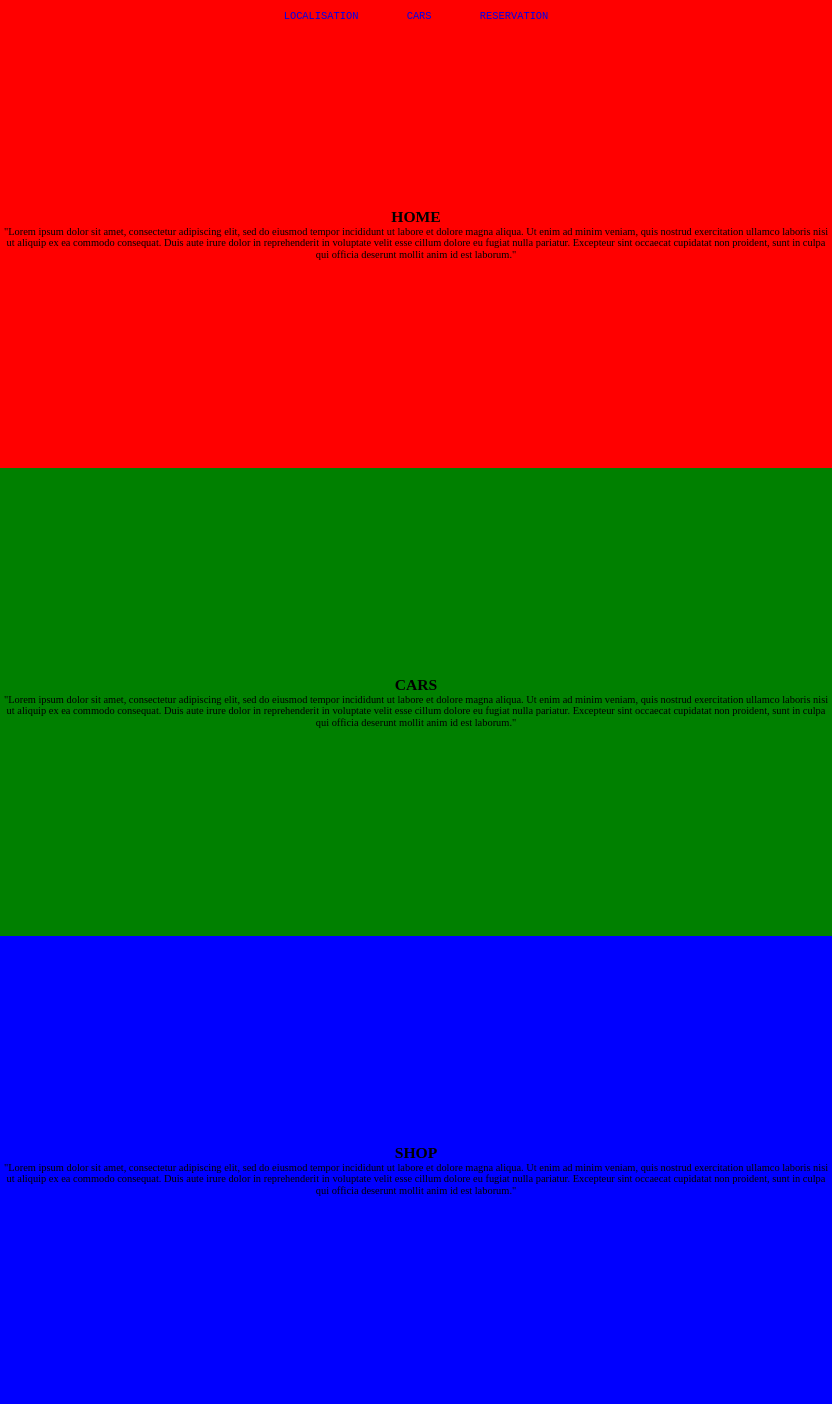
Repository: romgrm/jenaipasdevoiture
Page: src/main/java/fr/romgrm/index.html
The author's editor kept a copy of each file at every save. The page is drawn from the files as they stood at one save, then again after the next save.
The browser window is 1280 px wide. The pictures show the whole page, at 65% of full size.

Above is the page before, as saved 2020-10-15 18:49:41.

After the next save:
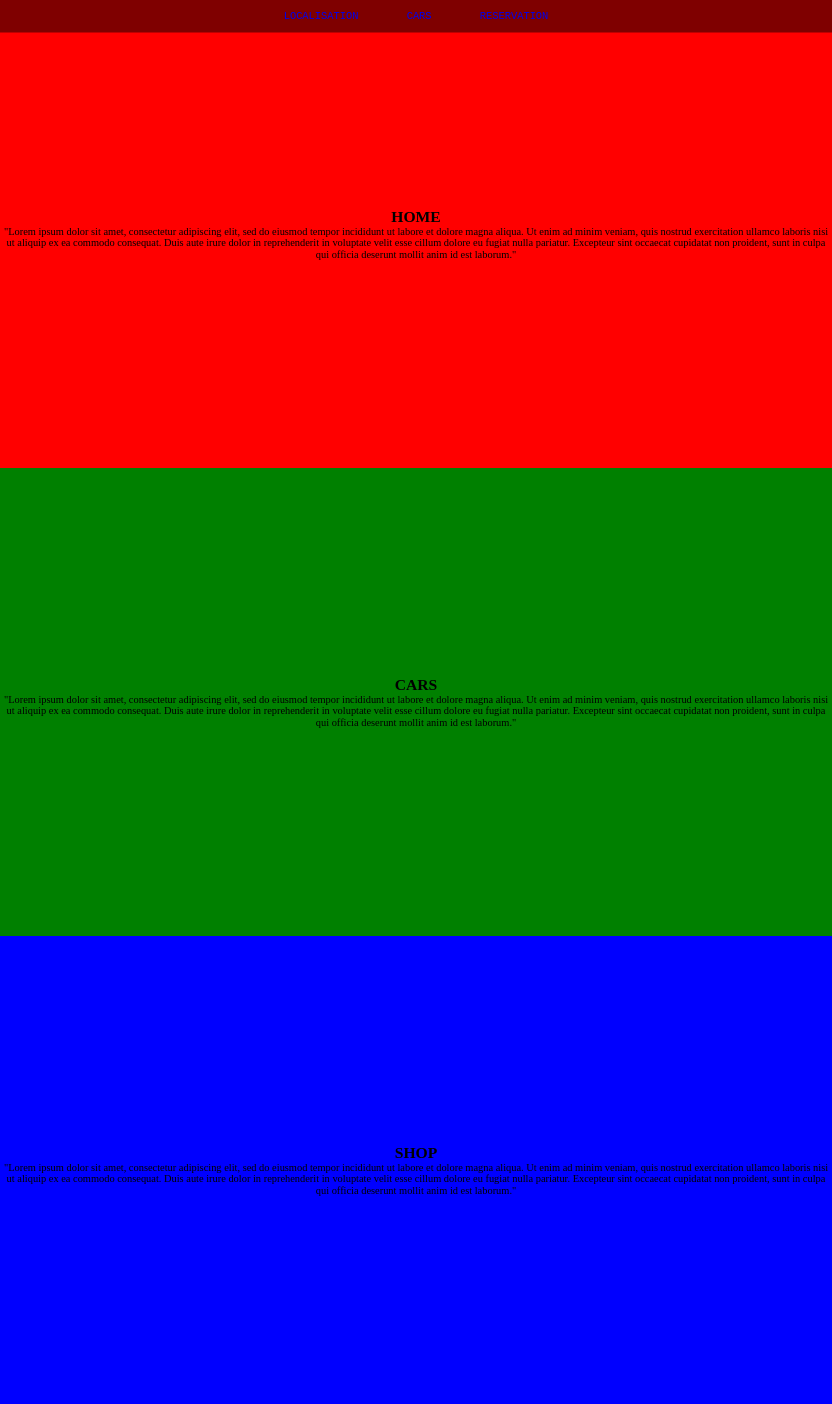
Saved 18 s later.
--- a/src/main/java/fr/romgrm/style.css
+++ b/src/main/java/fr/romgrm/style.css
@@ -8,7 +8,7 @@ body{
 }
 
 .navbar{
-    background-color: rgba(black, black, black, 0.5);
+    background-color: rgba(0, 0, 0, 0.5);
     position: fixed;
     top: 0;
     z-index: 1;
